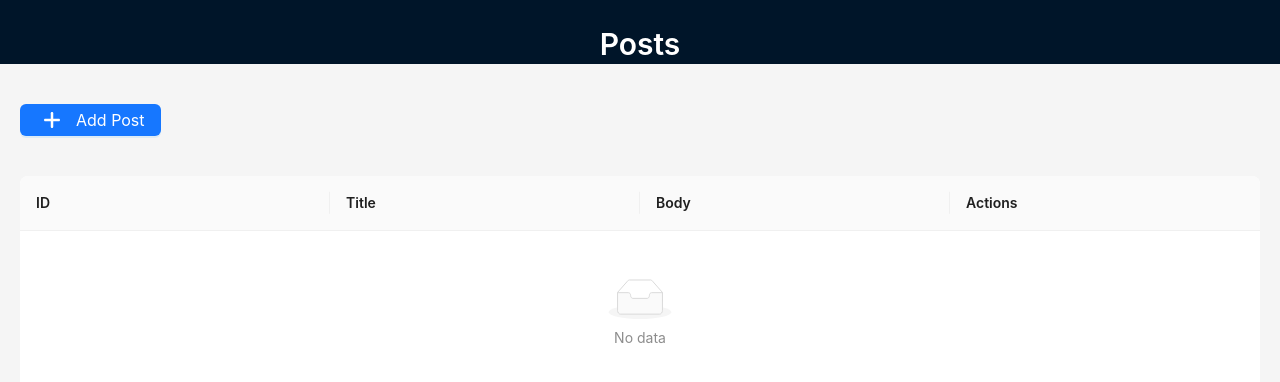
Repository: yasserrrz/Denamo-posts
Page: /
These files come from the project's save history. The page is drawn as it stood at one moment and after the next save; the edit follows.
The browser window is 1280 px wide. The pictures show the whole page.
The page's requests for data from a server got no answer. The project was rebuilt for these pictures with package versions that can differ from the ones it lists, and the page was loaded fresh each time. No one was signed in, and anything a server would have sent is missing. Also part of the build but not shown: src/components/PostForm.tsx.

Above is the page before, as saved 2024-11-28 15:41:42.

After the next save:
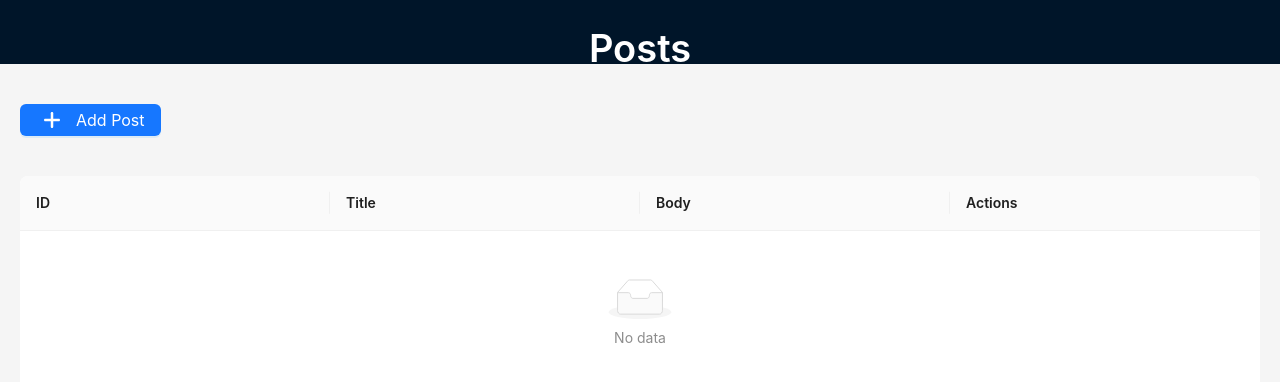
Saved 34 s later.
--- a/src/App.tsx
+++ b/src/App.tsx
@@ -14,7 +14,7 @@ const App: React.FC = () => {
   return (<>
     <Layout style={{ minHeight: '100vh' }}>
       <Header style={{ color: 'white', textAlign: 'center' ,paddingBottom: '20px'  }}>
-        <Title level={2} style={{ color: 'white' , textAlign: 'center' , paddingBottom: '20px' }}>
+        <Title level={1} style={{ color: 'white' , textAlign: 'center' , paddingBottom: '20px' }}>
           Posts
         </Title>
       </Header>
